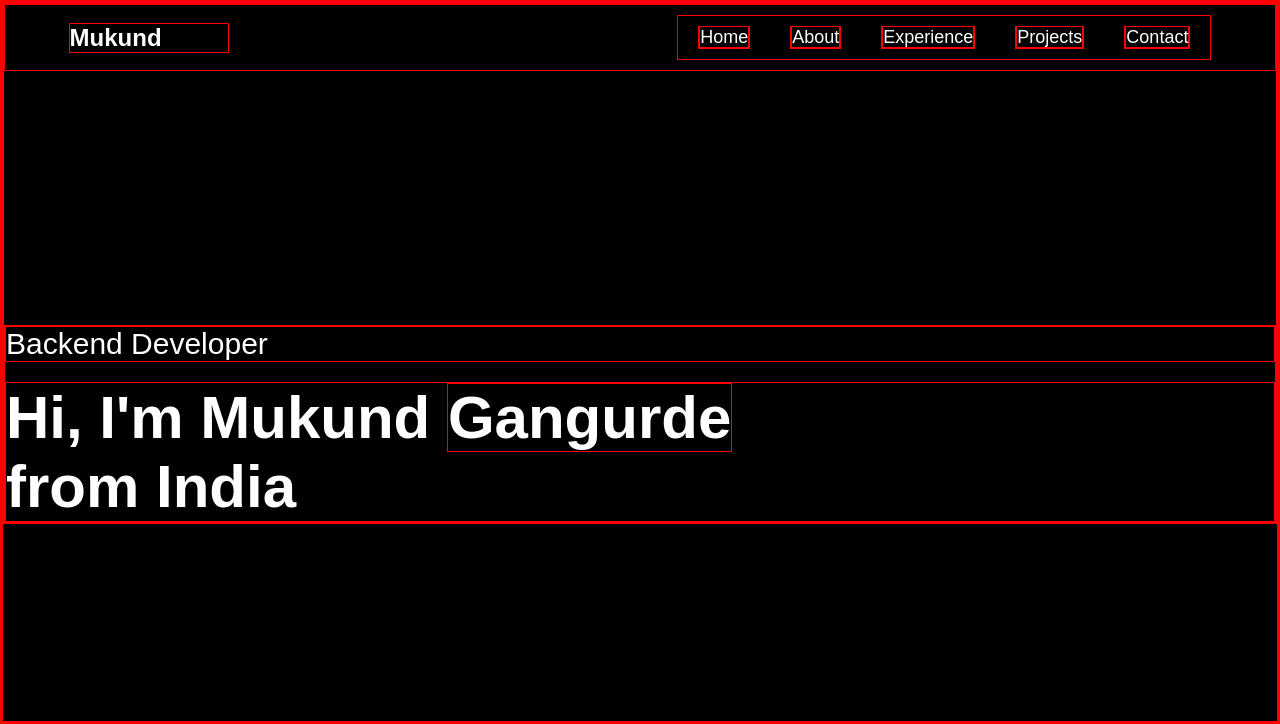
Repository: mukundgangurde/expense-tracker
Page: index.html
These files come from the project's save history. The page is drawn as it stood at one moment and after the next save; the edit follows.
The browser window is 1280 px wide. The pictures show the whole page.

Above is the page before, as saved 2025-11-02 18:00:06.

### index.html
<!DOCTYPE html>
<html lang="en">

<head>
  <meta charset="UTF-8">
  <meta name="viewport" content="width=device-width, initial-scale=1.0">
  <title>Portfolio - Mukund Gangurde</title>
  <link rel="stylesheet" href="style.css">
</head>

<body>
  <div id="header">
    <div id="container">
      <!-- Navigation Bar -->
      <nav>
        <h1 id="logo">Mukund</h1>
        <ul>
          <li><a href="#">Home</a></li>
          <li><a href="#">About</a></li>
          <li><a href="#">Experience</a></li>
          <li><a href="#">Projects</a></li>
          <li><a href="#">Contact</a></li>
        </ul>
      </nav>
      <!-- /Navigation Bar -->

      <div class="header-text">
        <p>Backend Developer</p>
        <h1>Hi, I'm Mukund <span>Gangurde</span> <br> from India</h1>
      </div>
    </div>
  </div>

</body>

</html>

### style.css
* {
  margin: 0;
  padding: 0;
  /* font-family: Brush Script MT; */
  font-family: Arial, Helvetica, sans-serif;
  box-sizing: border-box;
  border: 1px solid red;
}

body {
  background-color: black;
  color: white;
}

#header {
  width : 100%;
  height: 100vh;
  /* background-image: url(images/background.img); */
  /* background-size: cover; */
  /* background-position: center; */
}

#logo {
  width: 160px;
}

nav {
  display: flex;
  justify-content: space-between;
  align-items: center;
  flex-wrap: wrap;
  padding: 10px 5%;
}

ul {
  display: flex;
  justify-content: space-between;
  font-size: 18px;
}

nav ul li {
  display: inline-block;
  list-style-type: none;
  margin: 10px 20px;
}

nav ul li a {
  color: white;
  text-decoration: none;
}

.header-text {
  margin-top: 20%;
  font-size: 30px;
}

.header-text h1 {
  margin-top: 20px;
  font-size: 60px;

}

After the next save:
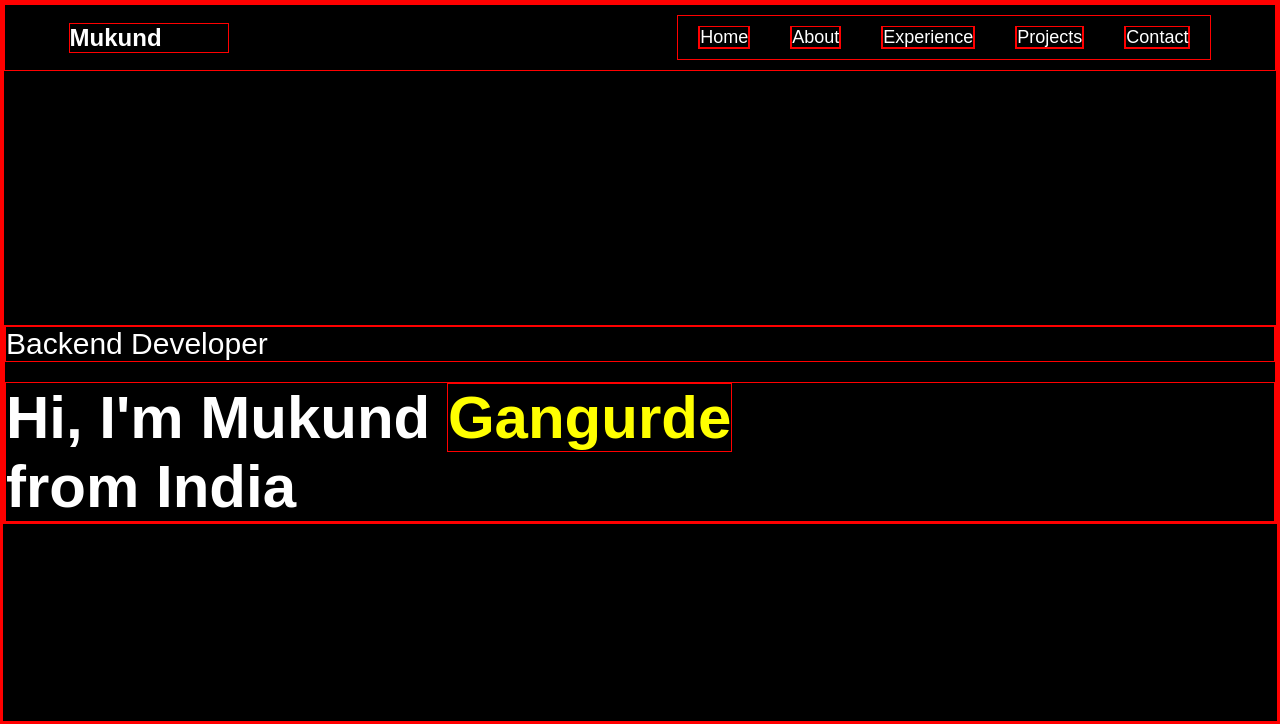
Saved 22 s later.
--- a/style.css
+++ b/style.css
@@ -57,5 +57,8 @@ nav ul li a {
 .header-text h1 {
   margin-top: 20px;
   font-size: 60px;
+}
 
+.header-text h1 span {
+  color: yellow;
 }
